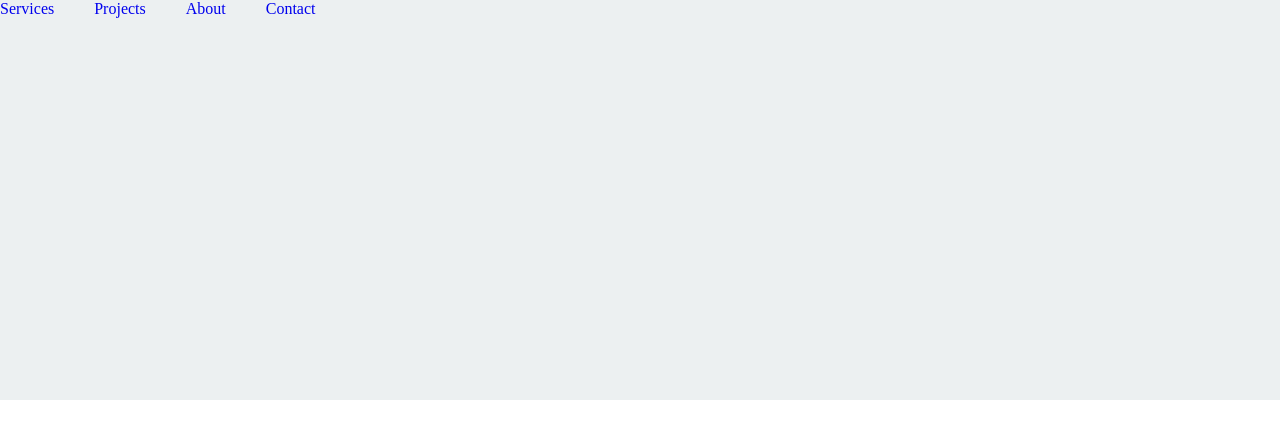
Repository: arifshahriyarnader/css-flexbox
Page: Exercise 1/index.html
An editor plug-in stored every save of this project. The page is shown before and after the next save, followed by the edit.
The browser window is 1280 px wide. The pictures show the whole page.

Above is the page before, as saved 2024-06-15 13:02:17.

After the next save:
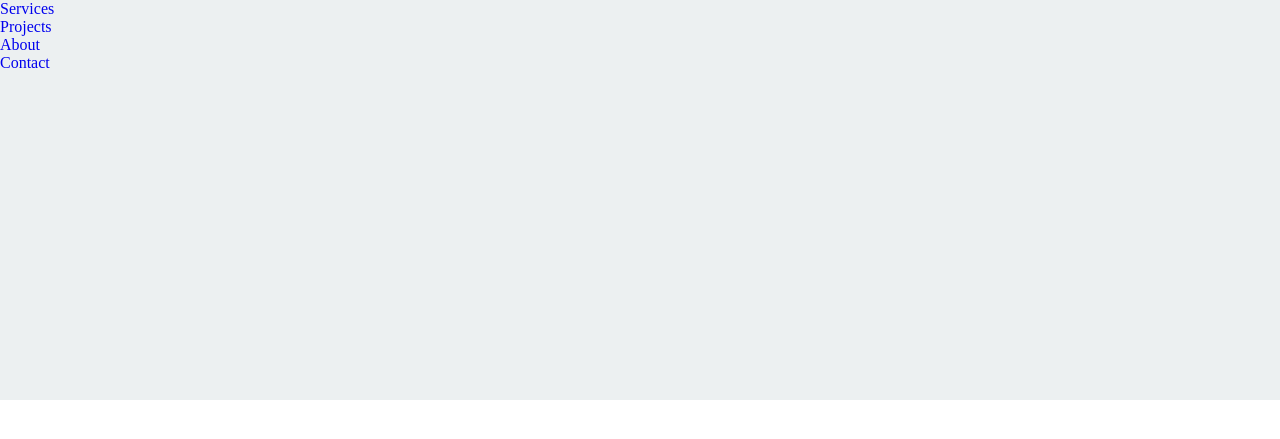
Saved 9 s later.
--- a/Exercise 1/css/style.css
+++ b/Exercise 1/css/style.css
@@ -15,7 +15,7 @@
     display:flex;
     justify-content: space-between;
 }
-
+.fi
 .leftmenu_link ul{
     display: flex;
     gap:40px;

After the save that followed:
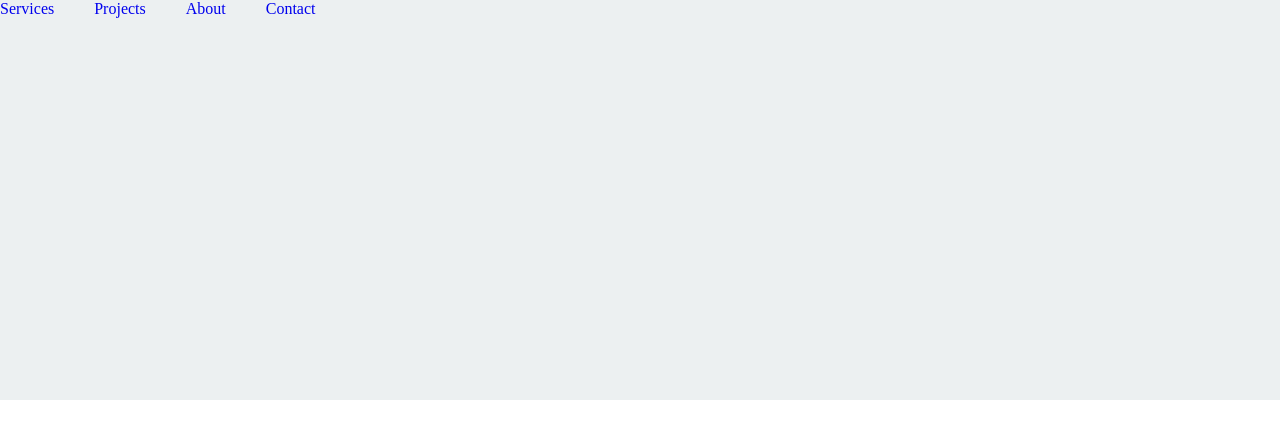
Saved 6 s later.
--- a/Exercise 1/css/style.css
+++ b/Exercise 1/css/style.css
@@ -15,7 +15,7 @@
     display:flex;
     justify-content: space-between;
 }
-.fi
+.first_navbar
 .leftmenu_link ul{
     display: flex;
     gap:40px;
